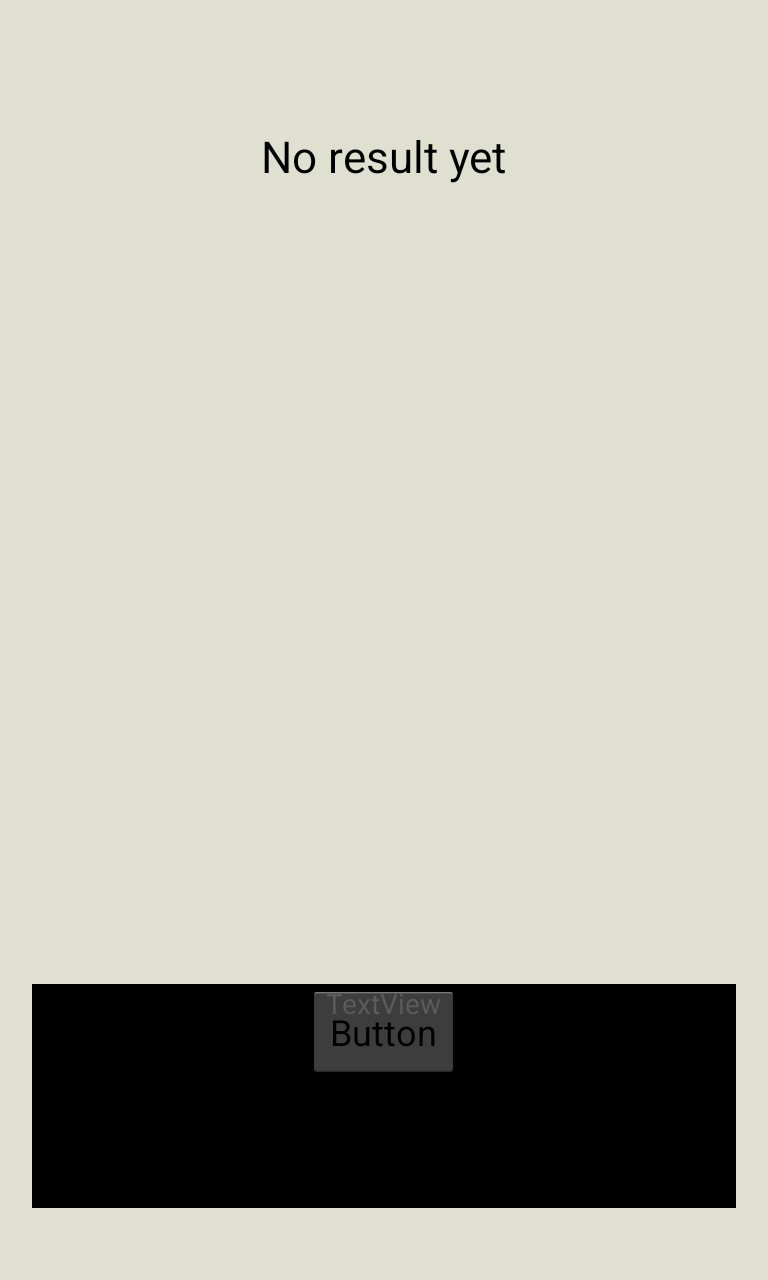
Repository: Kitsopappas/QBIReader
Layout: QBIReader/res/layout/activity_main.xml
The author's editor kept a copy of each file at every save. The layout is drawn from the files as they stood at one save, then again after the next save.
It is drawn on a 768 x 1280 px phone screen (xhdpi) without system bars, with theme AppTheme; the app's code is not run.

Above is the layout before, as saved 2015-03-09 01:14:15.

After the next save:
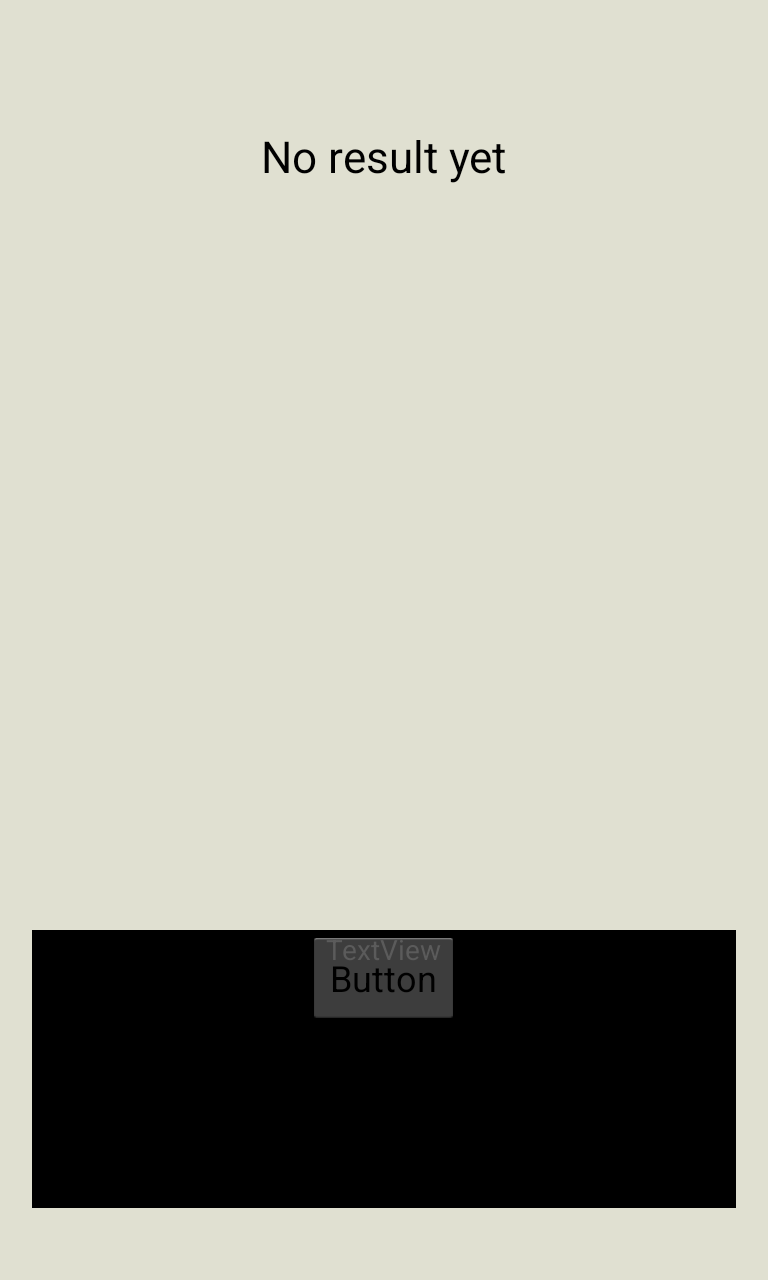
Saved 26 s later.
--- a/QBIReader/res/layout/activity_main.xml
+++ b/QBIReader/res/layout/activity_main.xml
@@ -34,7 +34,7 @@
             android:layout_height="wrap_content"
 
             android:layout_centerHorizontal="true"
-            android:layout_marginBottom="93dp"
+            android:layout_marginBottom="120dp"
             android:text="TextView" />
 
         <Button
